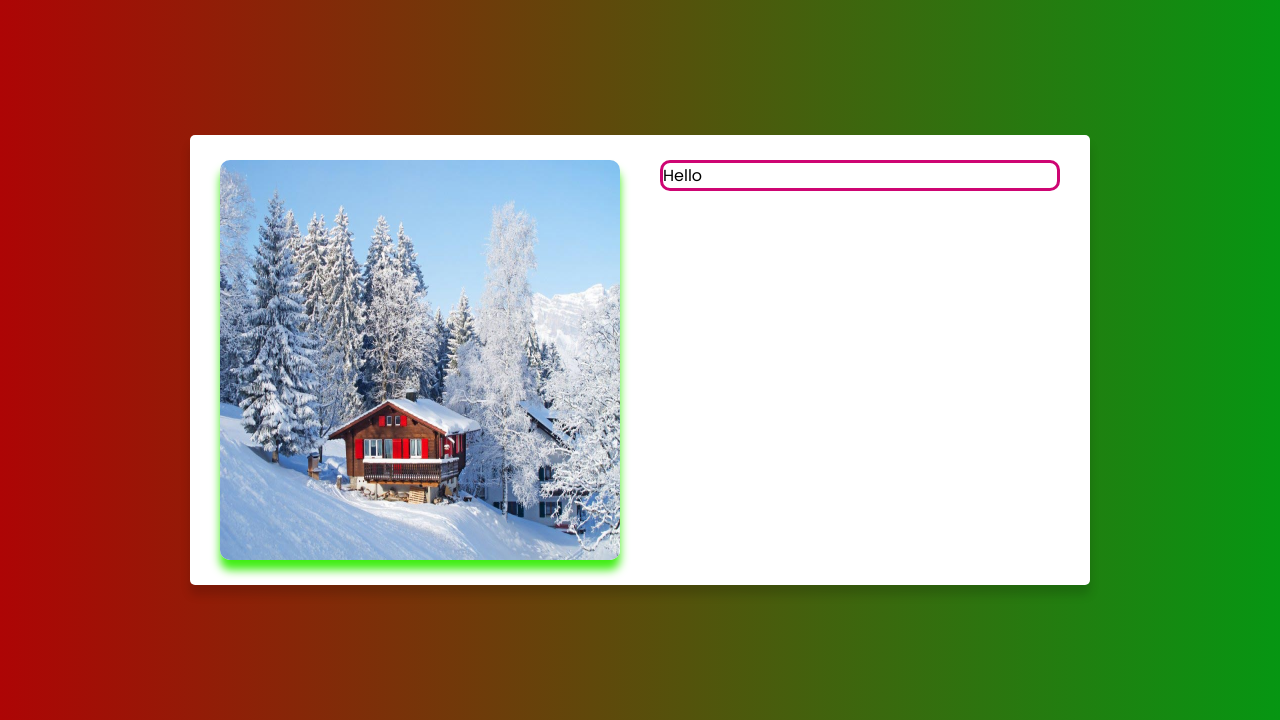
Repository: dev-ashik/Halloween
Page: Reg Page/Index.html
These files come from the project's save history. The page is drawn as it stood at one moment and after the next save; the edit follows.
The browser window is 1280 px wide. The pictures show the whole page.

Above is the page before, as saved 2021-12-21 21:53:46.

After the next save:
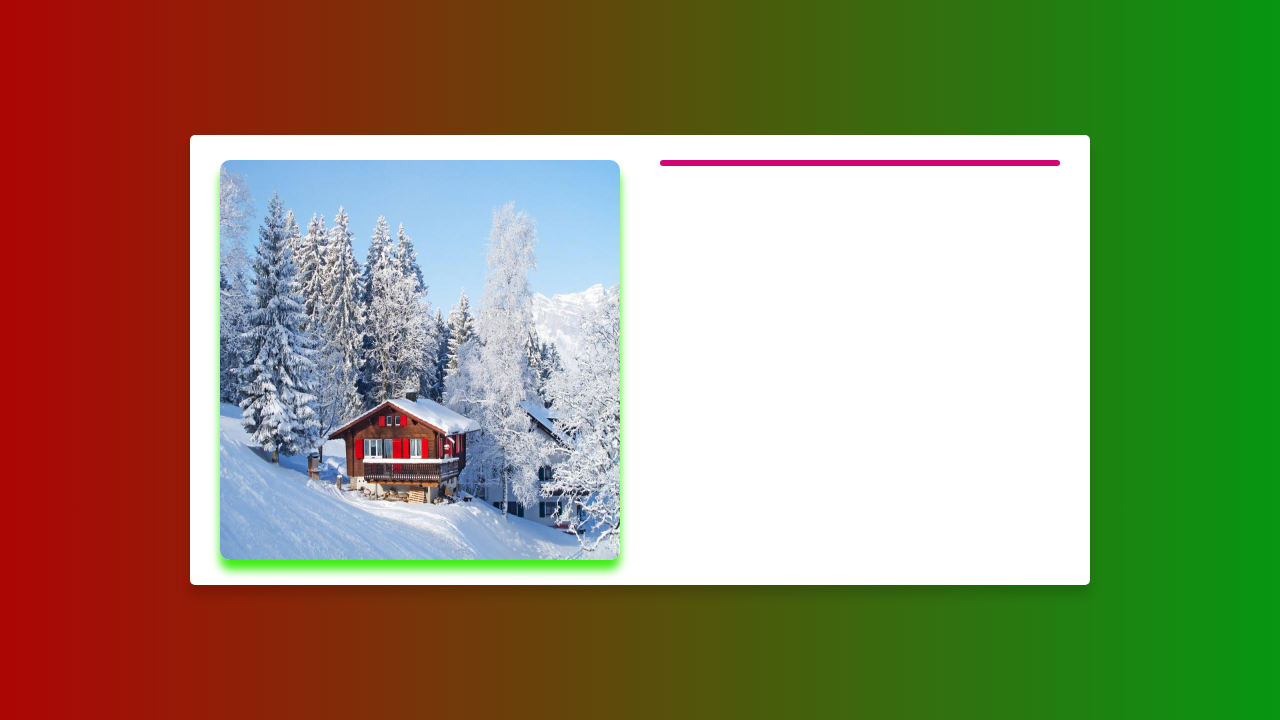
Saved 21 s later.
--- a/Reg Page/Index.html
+++ b/Reg Page/Index.html
@@ -14,7 +14,7 @@
         <div class="bann">
             <img src="IMG/banner.jpg" alt="">
         </div>
-        <div class="form">Hello</div>
+        <div class="form"></div>
     </div>
 </body>
 <script src="JS/main.js"></script>
